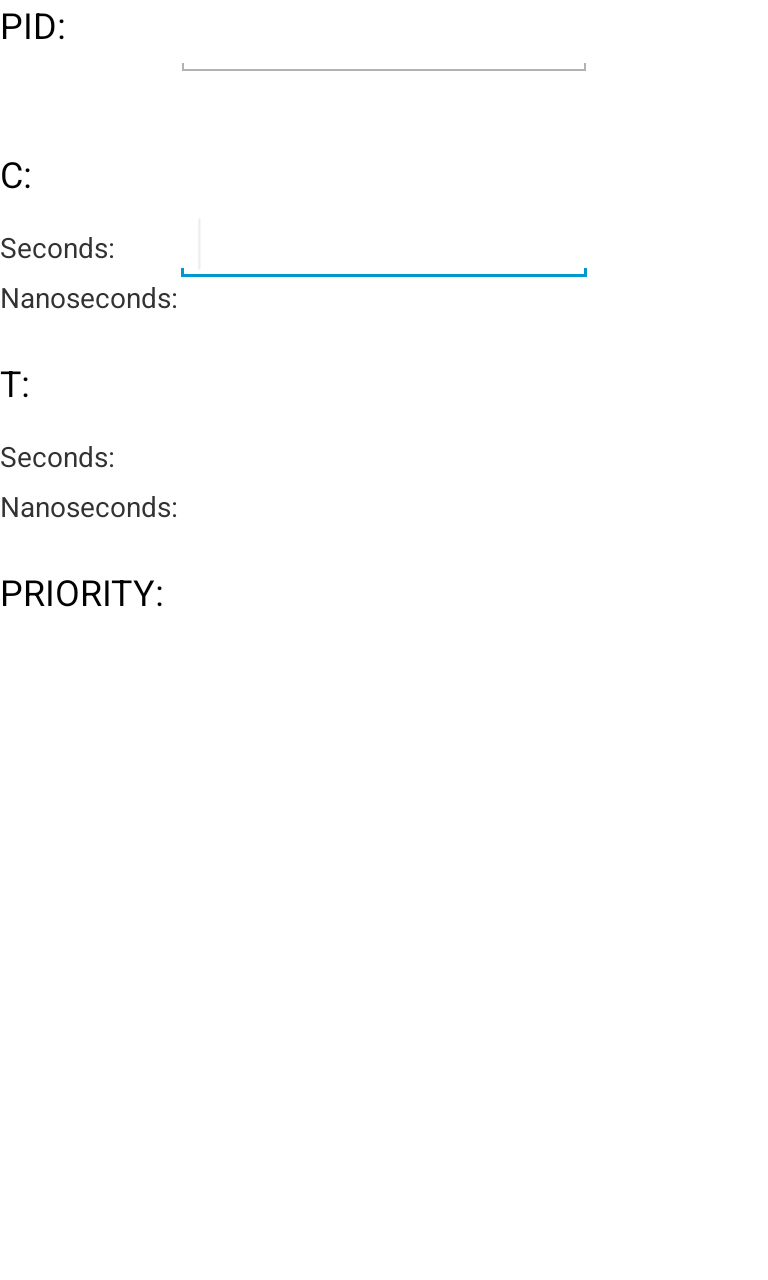
Repository: ankitC/taskmon
Layout: taskmon/res/layout/activity_set_reserve.xml
These files come from the project's save history. The layout is drawn as it stood at one moment and after the next save; the edit follows.
It is drawn on a 768 x 1280 px phone screen (xhdpi) without system bars, with theme AppTheme; the app's code is not run.

Above is the layout before, as saved 2013-10-07 02:23:15.

### taskmon/res/layout/activity_set_reserve.xml
<RelativeLayout xmlns:android="http://schemas.android.com/apk/res/android"
    android:layout_width="fill_parent"
    android:layout_height="fill_parent" >

    <TextView
        android:id="@+id/textView1"
        android:layout_width="wrap_content"
        android:layout_height="wrap_content"
        android:layout_alignParentLeft="true"
        android:layout_alignParentTop="true"
        android:text="@string/pid"
        android:textAppearance="?android:attr/textAppearanceMedium" />

    <TextView
        android:id="@+id/textView2"
        android:layout_width="wrap_content"
        android:layout_height="wrap_content"
        android:layout_alignParentLeft="true"
        android:layout_below="@+id/textView1"
        android:layout_marginTop="50dp"
        android:text="@string/c"
        android:textAppearance="?android:attr/textAppearanceMedium" />

    <TextView
        android:id="@+id/textView3"
        android:layout_width="wrap_content"
        android:layout_height="wrap_content"
        android:layout_alignParentLeft="true"
        android:layout_below="@+id/textView2"
        android:layout_marginTop="80dp"
        android:text="@string/t"
        android:textAppearance="?android:attr/textAppearanceMedium" />

    <TextView
        android:id="@+id/textView4"
        android:layout_width="wrap_content"
        android:layout_height="wrap_content"
        android:layout_alignParentLeft="true"
        android:layout_below="@+id/textView3"
        android:layout_marginTop="80dp"
        android:text="@string/priority"
        android:textAppearance="?android:attr/textAppearanceMedium" />

    <TextView
        android:id="@+id/textView5"
        android:layout_width="wrap_content"
        android:layout_height="wrap_content"
        android:layout_alignParentLeft="true"
        android:layout_below="@+id/textView2"
        android:layout_marginTop="15dp"
        android:text="@string/seconds" />

    <TextView
        android:id="@+id/textView6"
        android:layout_width="wrap_content"
        android:layout_height="wrap_content"
        android:layout_alignParentLeft="true"
        android:layout_below="@+id/textView2"
        android:layout_marginTop="40dp"
        android:text="@string/nanoSeconds" />

    <TextView
        android:id="@+id/textView7"
        android:layout_width="wrap_content"
        android:layout_height="wrap_content"
        android:layout_alignParentLeft="true"
        android:layout_below="@+id/textView3"
        android:layout_marginTop="15dp"
        android:text="@string/seconds" />

    <TextView
        android:id="@+id/textView8"
        android:layout_width="wrap_content"
        android:layout_height="wrap_content"
        android:layout_alignParentLeft="true"
        android:layout_below="@+id/textView3"
        android:layout_marginTop="40dp"
        android:text="@string/nanoSeconds" />

    <EditText
        android:id="@+id/editText1"
        android:layout_width="wrap_content"
        android:layout_height="wrap_content"
        android:layout_alignParentTop="true"
        android:layout_centerHorizontal="true"
        android:ems="10"
        android:inputType="numberDecimal" />

    <EditText
        android:id="@+id/editText2"
        android:layout_width="wrap_content"
        android:layout_height="wrap_content"
        android:layout_alignBaseline="@+id/textView5"
        android:layout_alignBottom="@+id/textView5"
        android:layout_centerHorizontal="true"
        android:ems="10"
        android:inputType="numberDecimal" >

        <requestFocus />
    </EditText>

</RelativeLayout>

### taskmon/res/values/strings.xml
<?xml version="1.0" encoding="utf-8"?>
<resources>

    <string name="app_name">taskmon</string>
    <string name="action_settings">Settings</string>
    <string name="hello_world">Hello world!</string>
    <string name="setReserve">Set Reserve</string>
    <string name="cancelReserve">Cancel Reserve</string>
    <string name="title_activity_set_reserve">SetReserveActivity</string>
    <string name="title_activity_cancel_reserve">CancelReserveActivity</string>
    <string name="pid">PID:</string>
    <string name="c">C:</string>
    <string name="t">T:</string>
    <string name="priority">PRIORITY:</string>
    <string name="seconds">Seconds:</string>
    <string name="nanoSeconds">Nanoseconds:</string>

</resources>

Loaded but not shown: taskmon/res/values/styles.xml (common file); taskmon/res/values-v11/styles.xml (common file); taskmon/res/values-v14/styles.xml (common file)

After the next save:
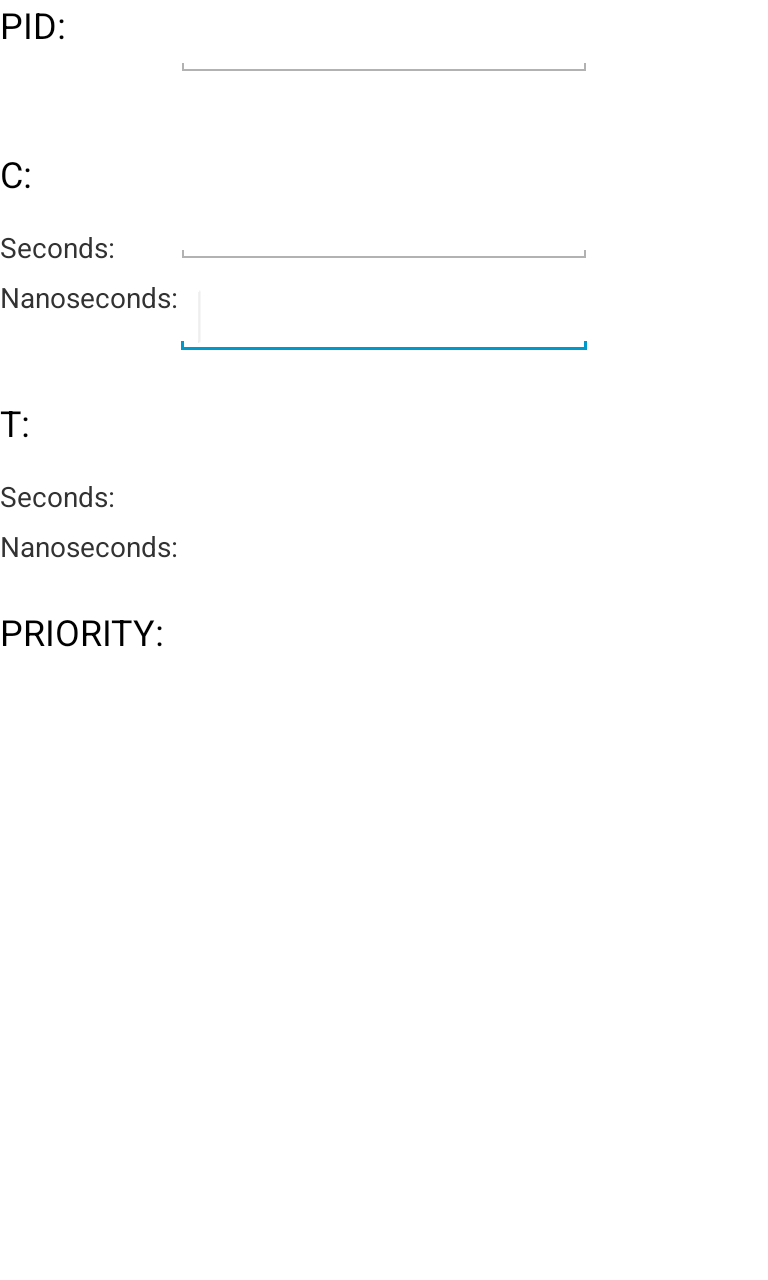
Saved 54 s later.
--- a/taskmon/res/layout/activity_set_reserve.xml
+++ b/taskmon/res/layout/activity_set_reserve.xml
@@ -27,7 +27,7 @@
         android:layout_height="wrap_content"
         android:layout_alignParentLeft="true"
         android:layout_below="@+id/textView2"
-        android:layout_marginTop="80dp"
+        android:layout_marginTop="100dp"
         android:text="@string/t"
         android:textAppearance="?android:attr/textAppearanceMedium" />
 
@@ -90,9 +90,17 @@
         android:id="@+id/editText2"
         android:layout_width="wrap_content"
         android:layout_height="wrap_content"
-        android:layout_alignBaseline="@+id/textView5"
         android:layout_alignBottom="@+id/textView5"
-        android:layout_centerHorizontal="true"
+        android:layout_alignLeft="@+id/editText1"
+        android:ems="10"
+        android:inputType="numberDecimal" />
+
+    <EditText
+        android:id="@+id/editText3"
+        android:layout_width="wrap_content"
+        android:layout_height="wrap_content"
+        android:layout_alignLeft="@+id/editText2"
+        android:layout_alignTop="@+id/textView6"
         android:ems="10"
         android:inputType="numberDecimal" >
 
